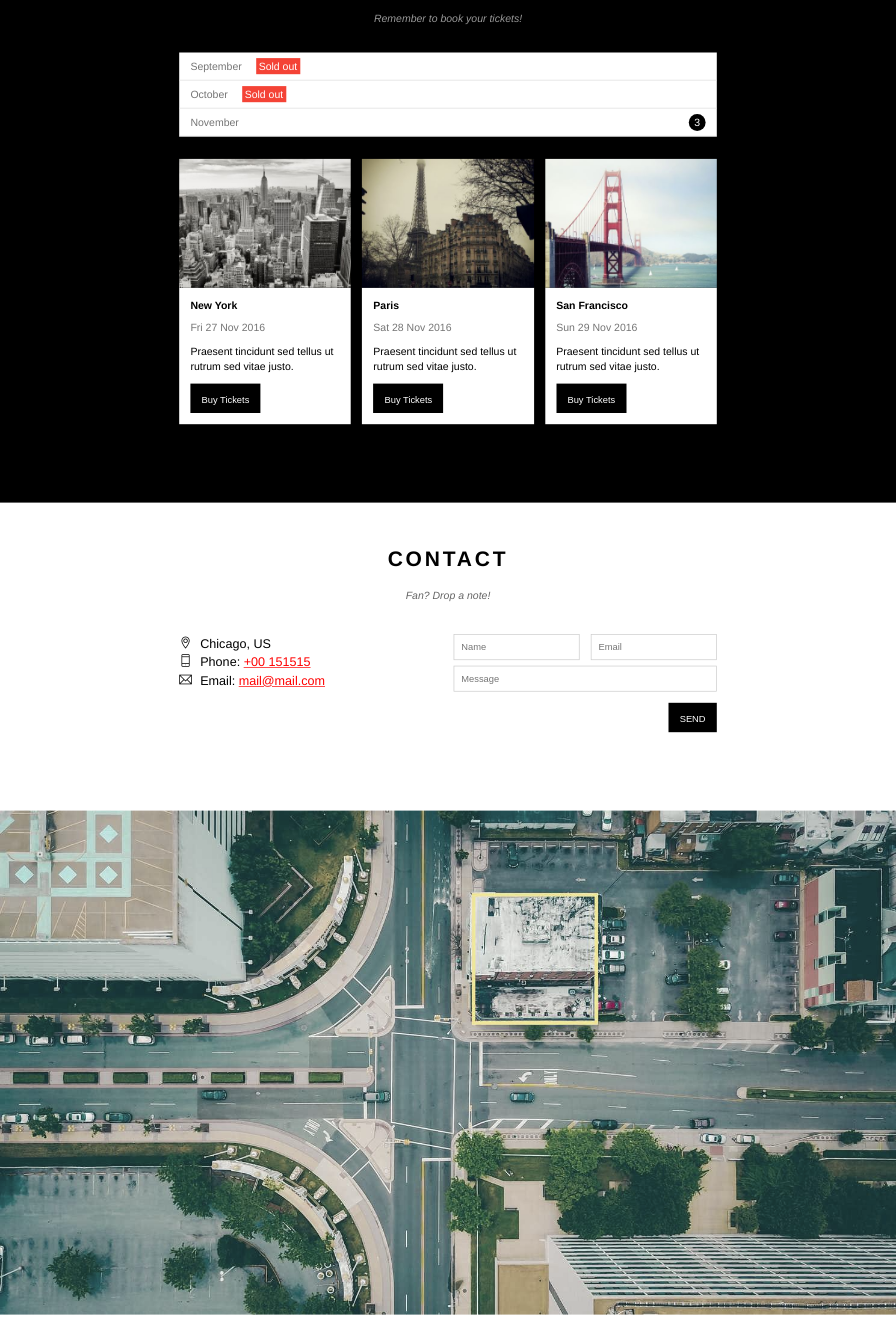
Repository: phongngotrong/w3school_reup
Page: index.html
The author's editor kept a copy of each file at every save. The page is drawn from the files as they stood at one save, then again after the next save.
The browser window is 1280 px wide. The pictures show the part of the page from y = 1460 to 3380 px (the page is 3526 px tall), at 70% of full size.

Above is the page before, as saved 2022-02-15 23:48:23.

After the next save:
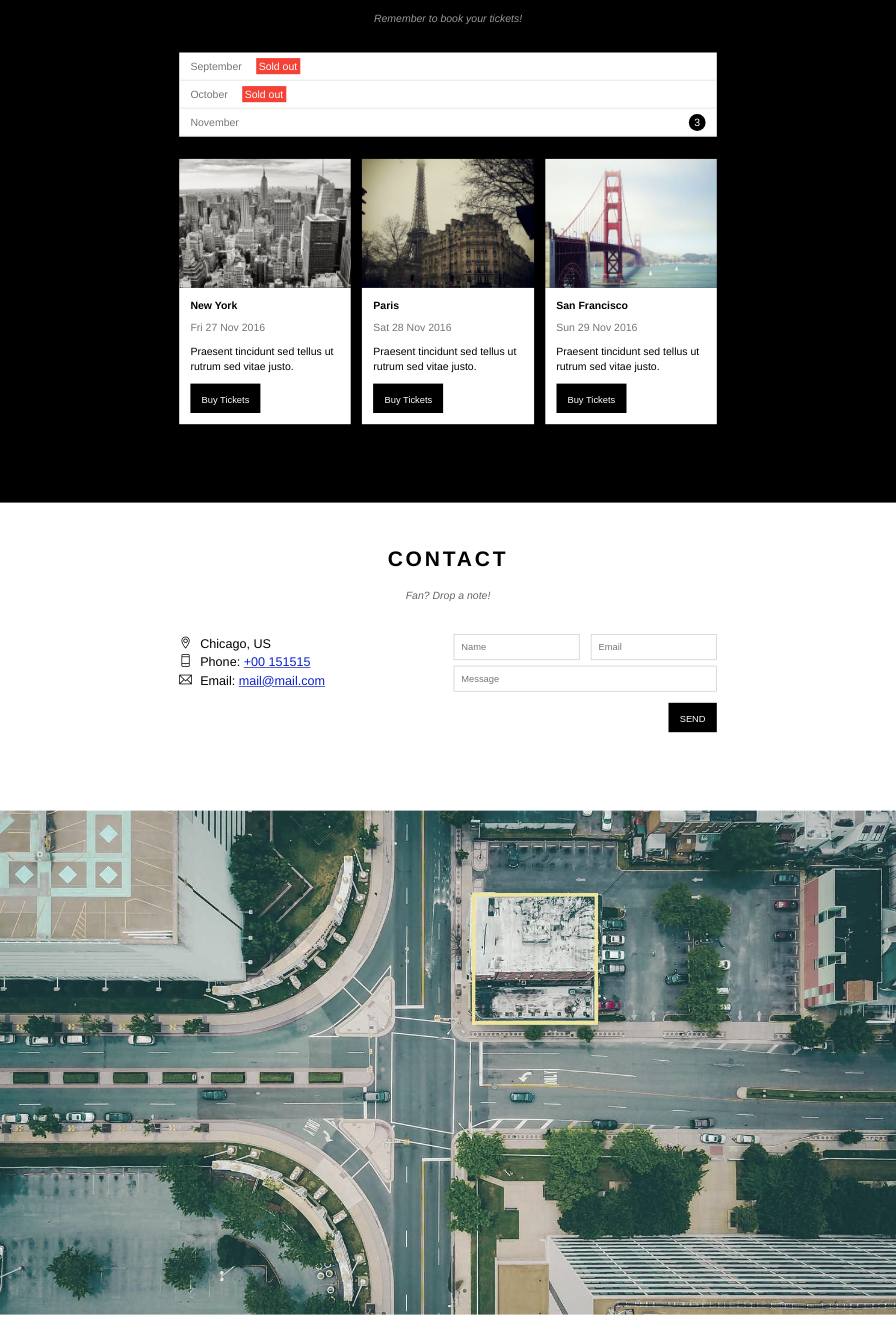
Saved 32 s later.
--- a/assets/css/style.css
+++ b/assets/css/style.css
@@ -479,7 +479,7 @@
 }
 
 .contact-info a {
-  color: red;
+  color: #0c20cf;
 }
 
 .contact-info i[class*="ti-"] {
